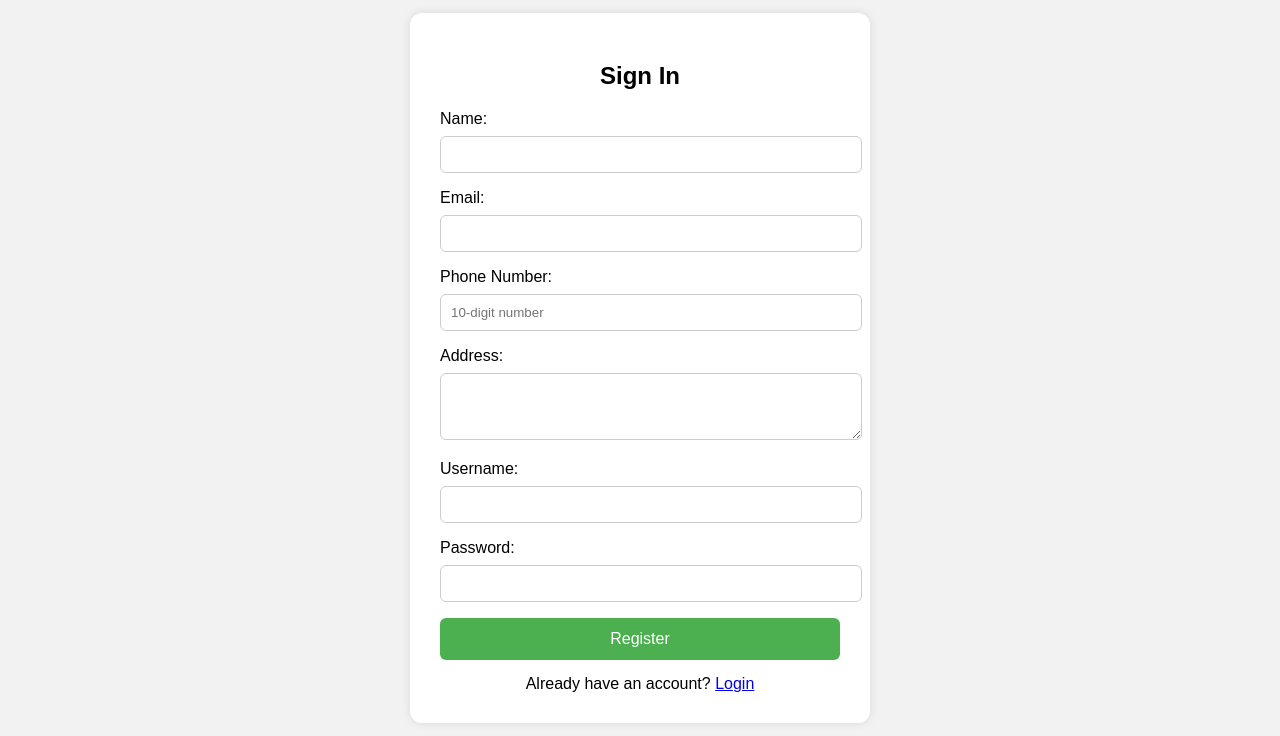
Repository: Rupeswarbhainsa777/Food-Web-App
Page: TapFoodApp/src/main/webapp/Sigin.html
The author's editor kept a copy of each file at every save. The page is drawn from the files as they stood at one save, then again after the next save.
The browser window is 1280 px wide. The pictures show the whole page.

Above is the page before, as saved 2025-04-29 09:12:07.

### TapFoodApp/src/main/webapp/Sigin.html
<!DOCTYPE html>
<html>
<head>
    <title>Sign In</title>
    <style>
        body {
            font-family: Arial, sans-serif;
            background-color: #f2f2f2;
            display: flex;
            justify-content: center;
            align-items: center;
            height: 100vh;
        }

        .form-container {
            background-color: white;
            padding: 30px;
            border-radius: 12px;
            box-shadow: 0 0 10px rgba(0,0,0,0.1);
            width: 400px;
        }

        h2 {
            text-align: center;
            margin-bottom: 20px;
        }

        input[type="text"],
        input[type="email"],
        input[type="tel"],
        input[type="password"],
        textarea {
            width: 100%;
            padding: 10px;
            margin: 8px 0 16px;
            border: 1px solid #ccc;
            border-radius: 6px;
        }

        textarea {
            resize: vertical;
        }

        input[type="submit"] {
            background-color: #4CAF50;
            color: white;
            padding: 12px;
            border: none;
            width: 100%;
            border-radius: 6px;
            cursor: pointer;
            font-size: 16px;
        }

        input[type="submit"]:hover {
            background-color: #45a049;
        }

        .login-link {
            text-align: center;
            margin-top: 15px;
        }
    </style>
</head>
<body>

    <div class="form-container">
        <h2>Sign In</h2>
        <form action="RegisterUserServlet" method="post">
            <label for="name">Name:</label>
            <input type="text" id="name" name="name" required>

            <label for="email">Email:</label>
            <input type="email" id="email" name="email" required>

            <label for="phone">Phone Number:</label>
            <input type="tel" id="phone" name="phone" required pattern="[0-9]{10}" placeholder="10-digit number">

            <label for="address">Address:</label>
            <textarea id="address" name="address" rows="3" required></textarea>

            <label for="username">Username:</label>
            <input type="text" id="username" name="username" required>

            <label for="password">Password:</label>
            <input type="password" id="password" name="password" required>

            <input type="submit" value="Register">
        </form>

        <div class="login-link">
            Already have an account? <a href="login.html">Login</a>
        </div>
    </div>

</body>
</html>

After the next save:
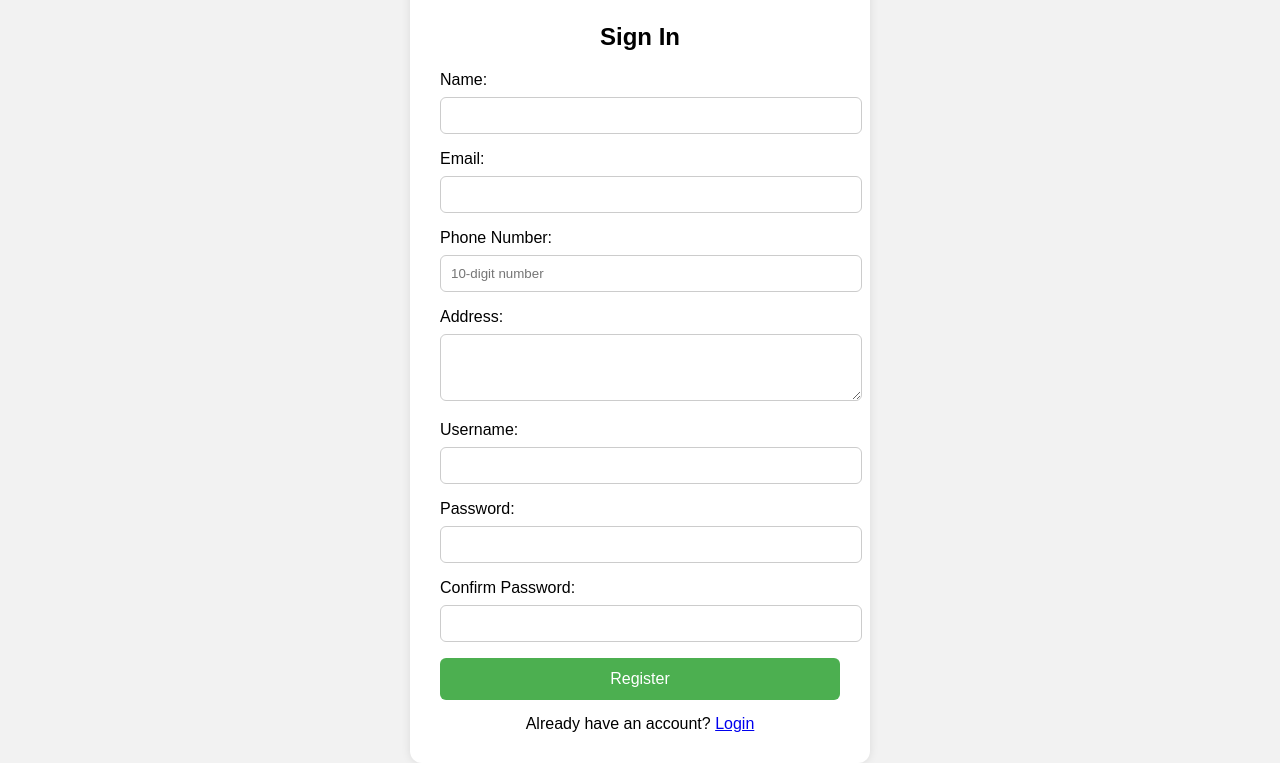
Saved 76 s later.
--- a/TapFoodApp/src/main/webapp/Sigin.html
+++ b/TapFoodApp/src/main/webapp/Sigin.html
@@ -85,6 +85,10 @@
             <label for="password">Password:</label>
             <input type="password" id="password" name="password" required>
 
+
+            <label for="password">Confirm Password:</label>
+            <input type="password" id="password" name="password" required>
+
             <input type="submit" value="Register">
         </form>
 
